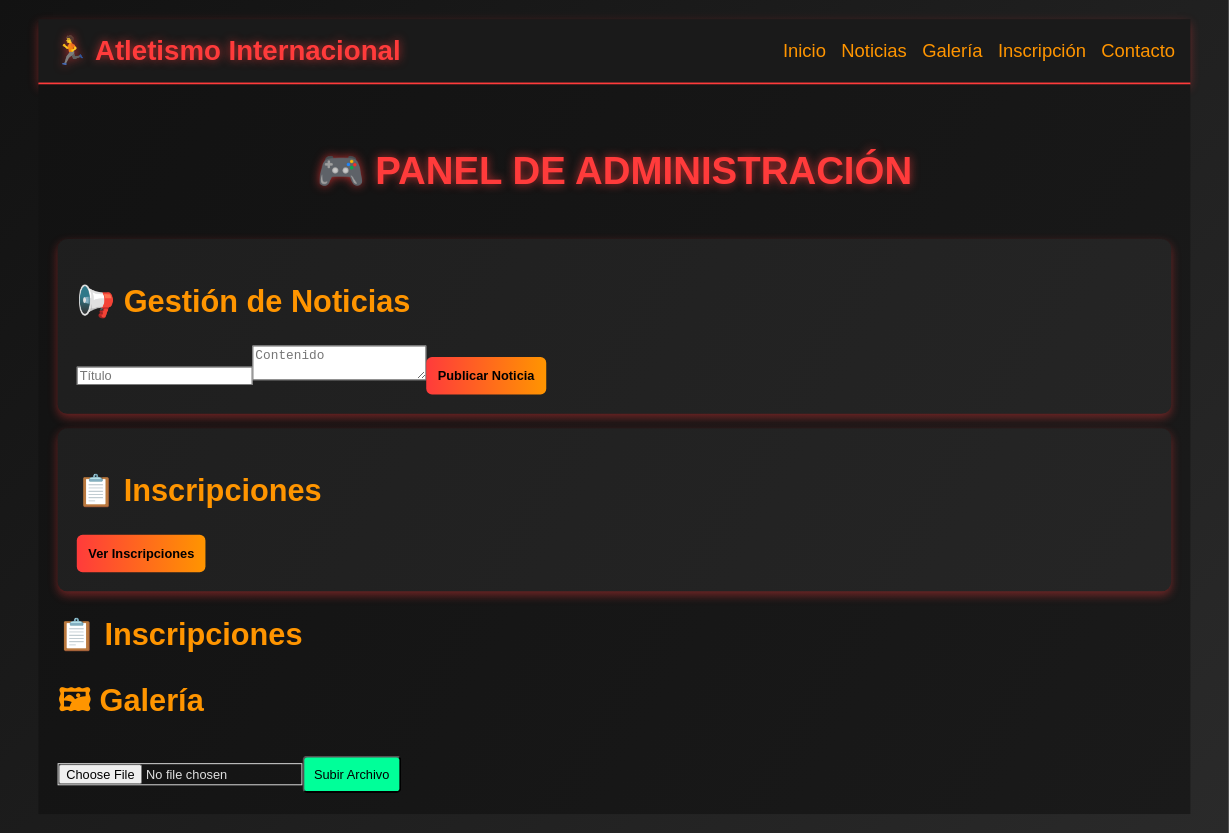
Repository: demoniers/web-meeting
Page: /panel
These files come from the project's save history. The page is drawn as it stood at one moment and after the next save; the edit follows.
The browser window is 1280 px wide. The pictures show the whole page, at 96% of full size.
The page's requests for data from a server got no answer. The project was rebuilt for these pictures with package versions that can differ from the ones it lists, and the page was loaded fresh each time. No one was signed in, and anything a server would have sent is missing. Also part of the build but not shown: vite.config.js, src/pages/Home.jsx, src/pages/Noticias.jsx, src/pages/Galeria.jsx, src/pages/Inscripcion.jsx, src/pages/Login.jsx, src/pages/Register.jsx.

Above is the page before, as saved 2025-05-08 12:55:14.

After the next save:
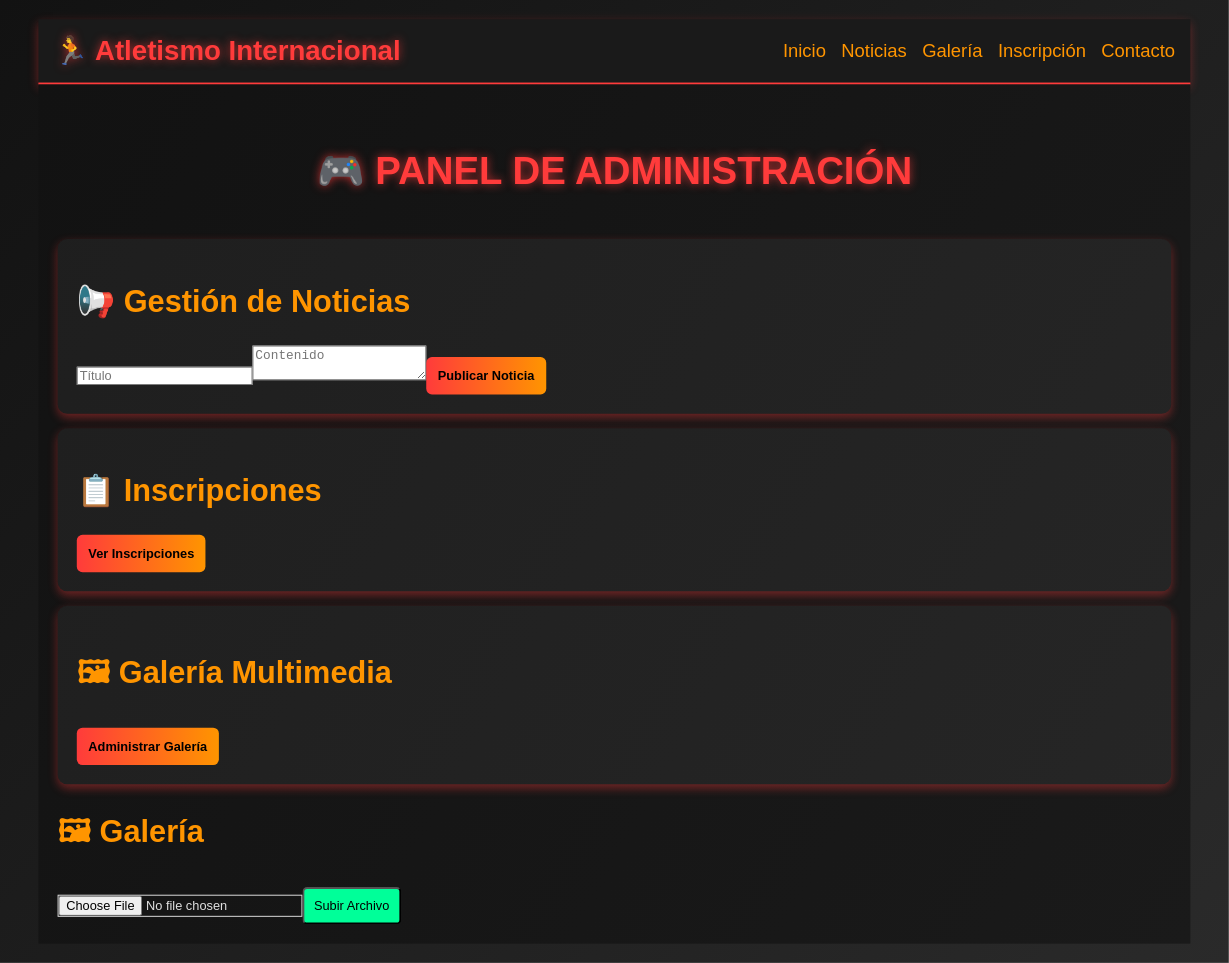
Saved 90 s later.
--- a/src/pages/Panel.jsx
+++ b/src/pages/Panel.jsx
@@ -77,15 +77,6 @@ export default function Panel() {
     alert("🗑 Archivo eliminado");
     window.location.reload();
   };
-/*
-
-
-
-      <div className={styles["panel-card"]}>
-        <h2>🖼 Galería Multimedia</h2>
-        <button className={styles["panel-button"]}>Administrar Galería</button>
-      </div>
-    </div>*/
   return (
 
     <div className={styles["panel-container"]}>
@@ -111,16 +102,17 @@ export default function Panel() {
         <button className={styles["panel-button"]}>Ver Inscripciones</button>
       </div>
 
-      {/* 📋 Gestión de Inscripciones */}
-      <h2 className="text-orange-400 text-2xl mt-6">📋 Inscripciones</h2>
-      {inscripciones.map((inscripcion) => (
-        <div key={inscripcion.id} className="border p-4">
-          <p><strong>Nombre:</strong> {inscripcion.nombre} {inscripcion.apellidos}</p>
-          <p><strong>Email:</strong> {inscripcion.email}</p>
-          <p><strong>Prueba:</strong> {inscripcion.prueba}</p>
-        </div>
-      ))}
-
+      <div className={styles["panel-card"]}>
+        <h2>🖼 Galería Multimedia</h2>
+        {inscripciones.map((inscripcion) => (
+          <div key={inscripcion.id} className="border p-4">
+            <p><strong>Nombre:</strong> {inscripcion.nombre} {inscripcion.apellidos}</p>
+            <p><strong>Email:</strong> {inscripcion.email}</p>
+            <p><strong>Prueba:</strong> {inscripcion.prueba}</p>
+          </div>
+        ))}
+        <button className={styles["panel-button"]}>Administrar Galería</button>
+      </div>
       {/* 🖼 Gestión de Galería */}
       <h2 className="text-red-400 text-2xl mt-6">🖼 Galería</h2>
       <input type="file" onChange={(e) => setFile(e.target.files[0])} className="border p-2" />
